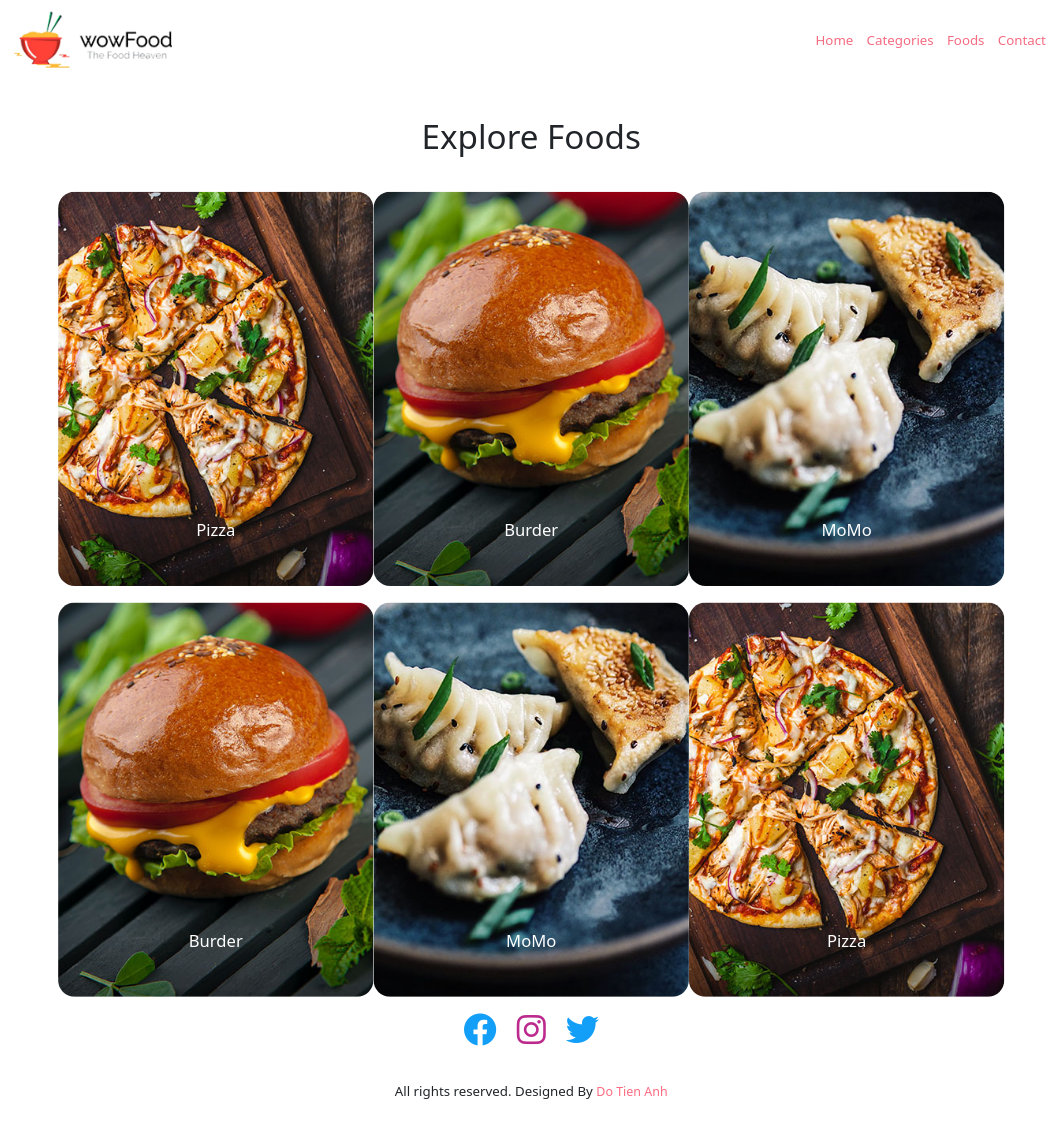
Repository: ruaruababa/RestaurantBS5
Page: http://localhost/html/categories.php
The author's editor kept a copy of each file at every save. The page is drawn from the files as they stood at one save, then again after the next save.
The browser window is 1280 px wide. The pictures show the whole page, at 83% of full size.
The page is run by PHP 8.4 with error messages shown; the project is at /var/www/html/.

Above is the page before, as saved 2021-09-26 21:52:09.

### html/categories.php
<!DOCTYPE html>
<html lang="en">

<head>
    <meta charset="UTF-8">
    <meta http-equiv="X-UA-Compatible" content="IE=edge">
    <meta name="viewport" content="width=device-width, initial-scale=1.0">

    <title>Categories</title>
    <link href="https://cdn.jsdelivr.net/npm/bootstrap@5.1.1/dist/css/bootstrap.min.css" rel="stylesheet"
        integrity="sha384-F3w7mX95PdgyTmZZMECAngseQB83DfGTowi0iMjiWaeVhAn4FJkqJByhZMI3AhiU" crossorigin="anonymous" />
    <link rel="stylesheet" href="https://cdn.jsdelivr.net/npm/bootstrap-icons@1.5.0/font/bootstrap-icons.css" />
    <link rel="stylesheet" href="https://cdnjs.cloudflare.com/ajax/libs/font-awesome/6.0.0-beta2/css/all.min.css"
        integrity="sha512-YWzhKL2whUzgiheMoBFwW8CKV4qpHQAEuvilg9FAn5VJUDwKZZxkJNuGM4XkWuk94WCrrwslk8yWNGmY1EduTA=="
        crossorigin="anonymous" referrerpolicy="no-referrer" />
    <link rel="stylesheet" href="/restaurantbs5/css/style.css" />
</head>

<body>
    <nav class="navbar navbar-expand-lg navbar-light bg-light nav-fixed">
        <div class="container-fluid">
            <a class="navbar-brand" href="#">
                <img src="/restaurantbs5/img/logo.png" alt="" />
            </a>
            <button class="navbar-toggler" type="button" data-bs-toggle="collapse"
                data-bs-target="#navbarSupportedContent" aria-controls="navbarSupportedContent" aria-expanded="false"
                aria-label="Toggle navigation">
                <span class="navbar-toggler-icon"></span>
            </button>
            <div class="collapse navbar-collapse" id="navbarSupportedContent">
                <ul class="navbar-nav">
                    <li class="nav-item">
                        <a class="nav-link active nav-link-fixed" aria-current="page" href="/html/index.php">Home</a>
                    </li>
                    <li class="nav-item">
                        <a class="nav-link active nav-link-fixed" aria-current="page" href="/html/categories.php">Categories</a>
                    </li>
                    <li class="nav-item">
                        <a class="nav-link active nav-link-fixed" aria-current="page" href="/html/foods.php">Foods</a>
                    </li>
                    <li class="nav-item">
                        <a class="nav-link active nav-link-fixed" aria-current="page" href="#">Contact</a>
                    </li>
                </ul>
            </div>
        </div>
    </nav>

    <div class="slider" style="position: relative; top: 80px">
        <!-- CATEGORIES -->
        <div class="slider__explorefoods">
            <h3 class="slider__heading">Explore Foods</h3>
            <div class="container">
                <div class="row hover-blur" style="row-gap: 20px;">
                    <!-- row1 -->
                    <div class=" col-lg-4 col-md-6 col-6 hover-blur-item">
                        <div class="slider__images-title">
                            <img src="/restaurantbs5/img/pizza.jpg" alt="" class="slider__img">
                            <h4 class="slider__img-text">Pizza</h4>
                        </div>
                    </div>
                    <div class=" col-lg-4 col-md-6 col-6 hover-blur-item">
                        <div class="slider__images-title">
                            <img src="/restaurantbs5/img/burger.jpg" alt="" class="slider__img">
                            <h4 class="slider__img-text">Burder</h4>
                        </div>
                    </div>
                    <div class=" col-lg-4 col-md-6 col-6 hover-blur-item">
                        <div class="slider__images-title">
                            <img src="/restaurantbs5/img/momo.jpg" alt="" class="slider__img">
                            <h4 class="slider__img-text">MoMo</h4>
                        </div>
                    </div>

                    <!-- row2 -->
                    <div class=" col-lg-4 col-md-6 col-6 hover-blur-item">
                        <div class="slider__images-title">
                            <img src="/restaurantbs5/img/burger.jpg" alt="" class="slider__img">
                            <h4 class="slider__img-text">Burder</h4>
                        </div>
                    </div>
                    <div class=" col-lg-4 col-md-6 col-6 hover-blur-item">
                        <div class="slider__images-title">
                            <img src="/restaurantbs5/img/momo.jpg" alt="" class="slider__img">
                            <h4 class="slider__img-text">MoMo</h4>
                        </div>
                    </div>
                    <div class="col-lg-4 col-md-6 col-6 hover-blur-item">
                        <div class="slider__images-title">
                            <img src="/restaurantbs5/img/pizza.jpg" alt="" class="slider__img">
                            <h4 class="slider__img-text">Pizza</h4>
                        </div>
                    </div>
                </div>
            </div>
        </div>

        <!-- ----------------------------------------------------------------------------- -->

    </div>
    <!-- FOOTER -->
    <div class="footer">
        <div class="footer__item">
            <a href="https://vi-vn.facebook.com/">
                <i class="footer__item-icon fab fa-facebook"></i>
            </a>
            <a href="">
                <i class="footer__item-icon2 fab fa-instagram"></i>
            </a>
            <a href="">
                <i class="footer__item-icon fab fa-twitter"></i>
            </a>

        </div>
        <div class="footer__text">
            <span>
                All rights reserved. Designed By&nbsp

            </span>

            <span class="footer__name-dev"> Do Tien Anh</span>

        </div>
    </div>
    <script src="https://cdn.jsdelivr.net/npm/bootstrap@5.1.1/dist/js/bootstrap.bundle.min.js"
        integrity="sha384-/bQdsTh/da6pkI1MST/rWKFNjaCP5gBSY4sEBT38Q/9RBh9AH40zEOg7Hlq2THRZ" crossorigin="anonymous">
    </script>
</body>

</html>

### css/style.css
body {
    overflow-x: hidden;
}

.nav-fixed {
    background-color: white !important;
    position: fixed;
    width: 100%;
    z-index: 1;
    top: 0;
}

.navbar-collapse {
    justify-content: end;
}

.nav-link-fixed {
    text-align: center;
    color: #f56b81 !important;
}

.border {
    border: none !important;
}

.border-radius {
    border-radius: 10px;
}

.card-body-fixed {
    margin-top: -70px;
    font-size: 24px;
    color: white;
}

/* Fixed Section */

.col-collection{
    width: 30%;
}
.slider__explorefoods {
    margin-bottom: 100px;
}

.slider__heading {
    text-align: center;
    font-size: 40px;
    padding-top: 60px;
    padding-bottom: 35px;
}

.slider__images-title {
    position: relative;
}

.slider__img {
    width: 100%;
    border-radius: 20px;
    cursor: pointer;
}

.slider__img-text {
    position: absolute;
    text-align: center;
    bottom: 10%;
    left: 0;
    right: 0;
    color: while;
    color: white;
    font-size: 20px;
}

/*-- end categogies-- */

/* food-menu */

.slider__foodmenu-bcl {
    background-color: rgb(228, 228, 228);
}

.slider__foodmenu-block {
    display: flex;
    background-color: white;
    border-radius: 10px;
    padding: 20px 0 20px 10px;
    margin: 10px 0;
}

.menu_img {
    padding: 10px;
    padding-left: 20px;
}

.foodmenu-img {
    width: 100%;
    border-radius: 10px;
}

.slider__foodmenu-right {
    margin: 0 10px;
    padding: 10px;
}

.slider__foodmenu-title {
    margin: 5px 0;
}

.slider__foodmenu-price {
    margin-bottom: 5px;
}

.slider__foodmenu-text {
    margin: 5px 0;
    line-height: 1.2rem;
}

.slider__foodmenu-btn {
    margin: 5px 0;
    width: 100px;
    height: 25px;
    background-color: #ff6b81;
    outline: none;
    border: none;
    color: white;
    border-radius: 3px;
    cursor: pointer;
}

.slider__foodmenu-btn:hover {
    background-color: #e294a0;
}

.slider__foodmenu-footer {
    padding: 40px 0;
    text-align: center;
    color: #ff6b81;
}

/* ---End Food-menu-- */

/* ----FOOTER------- */

.footer {
    margin-top: 20px;
}

.footer__item {
    text-align: center;
}

.footer__item a {
    text-decoration: none;
}

.footer__item-icon {
    font-size: 40px;
    margin: 0 20px;
    color: #139ef8;
}

.footer__item-icon2 {
    font-size: 40px;
    color: #bc2a8d;
}

.footer__text {
    display: flex;
    align-items: center;
    justify-content: center;
    margin: 40px 0;
}

.footer__text h3 {
    font-weight: 500;
    font-size: 15px;
}

.footer__name-dev {
    text-decoration: none;
    font-weight: 500;
    font-size: 15px;
    color: #ff6b81;
}

/* order */

.slider__order {
    background-color: #47b4d1;
    width: 100%;
    height: auto;
    padding: 100px 0 150px 0;
}

.slider__order-heading {
    font-size: 40px;
    padding-top: 50px;
    padding-bottom: 35px;
    text-align: center;
    color: #fff;
}

.order {
    max-width: 600px;
    margin: 0 auto;
}

.slider__order-selected {
    border: 1px solid #fff;
    border-radius: 5px;
}

.selected-heading {
    margin-left: 20px;
    font-size: 20px;
    transform: translateY(-14px);
}

.selected__left {
    padding-left: 30px;
    padding-top: 8px;
}

.selected-img {
    width: 100%;
    border-radius: 20px;
}

.selected__right {
    display: flex;
    flex-direction: column;
    padding: 0 30px 30px;
}

.selected__right-title {
    font-size: 25px;
}

.selected__right-price {
    font-size: 15px;
    padding-top: 5px;
}

.selected__right-quantity {
    font-size: 15px;
    padding: 5px 0;
}

.quantity-input {
    padding: 5px;
    outline: none;
    border: none;
    border-radius: 3px;
    width: 100%;
}

.slider__order-delivery {
    border: 1px solid #fff;
    margin-top: 50px;
    padding: 10px 30px 30px 30px;
    border-radius: 5px;
}

.delivery-heading {
    transform: translateY(-24px);
    font-size: 20px;
    display: inline-block;
    background-color: #47b4d1;
}

.deliverydetails {
    display: flex;
    flex-direction: column;
}

.delivery__title {
    padding-bottom: 5px;
}

.delivery-input {
    padding: 5px;
    margin-bottom: 15px;
    outline: none;
    border: none;
    border-radius: 3px;
}

.confirm-btn {
    outline: none;
    background-color: #ff6b81;
    border: none;
    color: #fff;
    padding: 8px 30px;
    border-radius: 3px;
    cursor: pointer;
}

.confirm-btn:hover {
    background-color: #ca7f8a;
}

/* Animation */

li {
    transition: all 0.2s ease 0s;
}

ul:hover li {
    filter: blur(3px);
    opacity: 0.5;
    transform: scale(0.98);
    box-shadow: none;
}

ul:hover li:hover {
    transform: scale(1.1);
    filter: blur(0px);
    opacity: 1;
    box-shadow: 0 8px 20px 0px rgba(0, 0, 0, 0.125);
}

.hover-blur-item {
    transition: all 0.2s ease 0s;
    padding: 0;
}

.hover-blur:hover .hover-blur-item {
    filter: blur(3px);
    opacity: 0.5;
    transform: scale(0.98);
    box-shadow: none;
}

.hover-blur:hover>.hover-blur-item:hover {
    transform: scale(1.1);
    filter: blur(0px);
    opacity: 1;
    box-shadow: 0 8px 20px 0px rgba(0, 0, 0, 0.125);
}

After the next save:
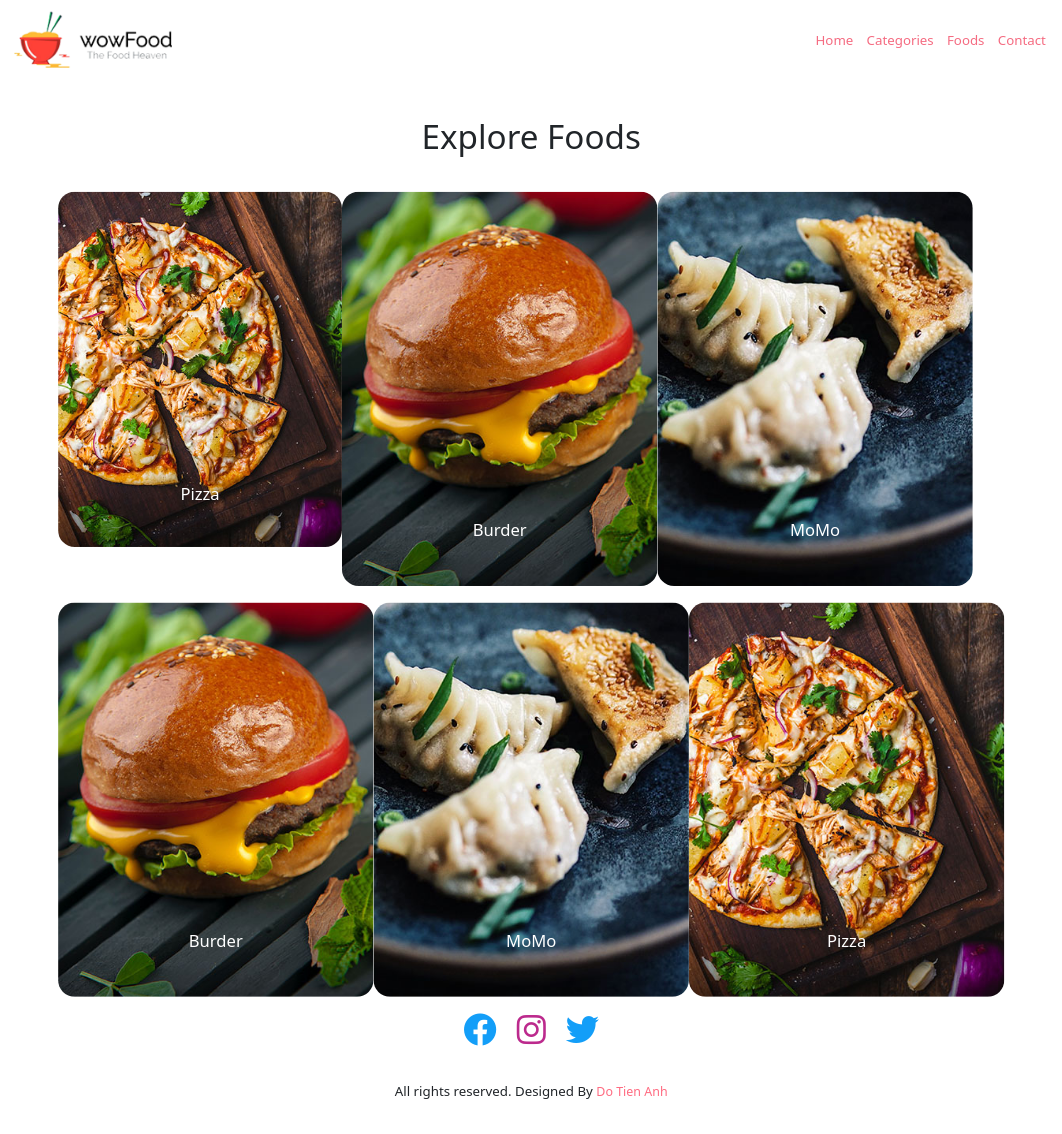
Saved 16 s later.
--- a/html/categories.php
+++ b/html/categories.php
@@ -53,7 +53,7 @@
             <div class="container">
                 <div class="row hover-blur" style="row-gap: 20px;">
                     <!-- row1 -->
-                    <div class=" col-lg-4 col-md-6 col-6 hover-blur-item">
+                    <div class=" col-lg-4 col-md-6 col-6 hover-blur-item col-collection">
                         <div class="slider__images-title">
                             <img src="/restaurantbs5/img/pizza.jpg" alt="" class="slider__img">
                             <h4 class="slider__img-text">Pizza</h4>
